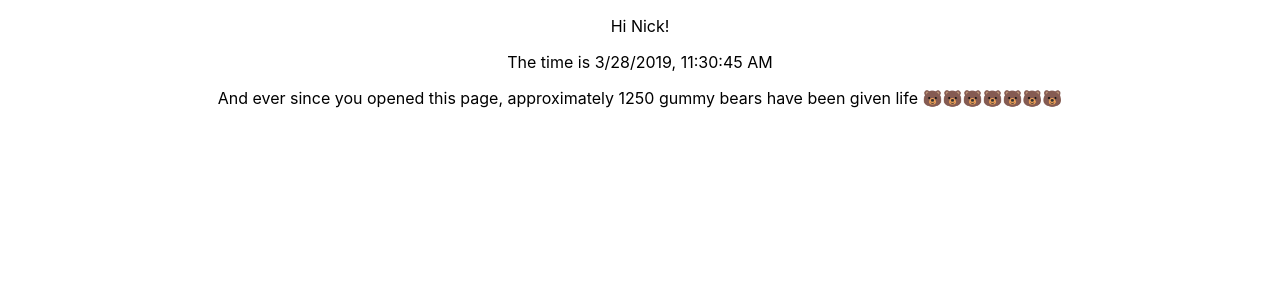
Repository: crispinonicky/gummy-facts
Page: /
The author's editor kept a copy of each file at every save. The page is drawn from the files as they stood at one save, then again after the next save.
The browser window is 1280 px wide. The pictures show the whole page.
The project was rebuilt for these pictures with package versions that can differ from the ones it lists, and the page was loaded fresh each time.

Above is the page before, as saved 2019-03-28 13:55:31.

After the next save:
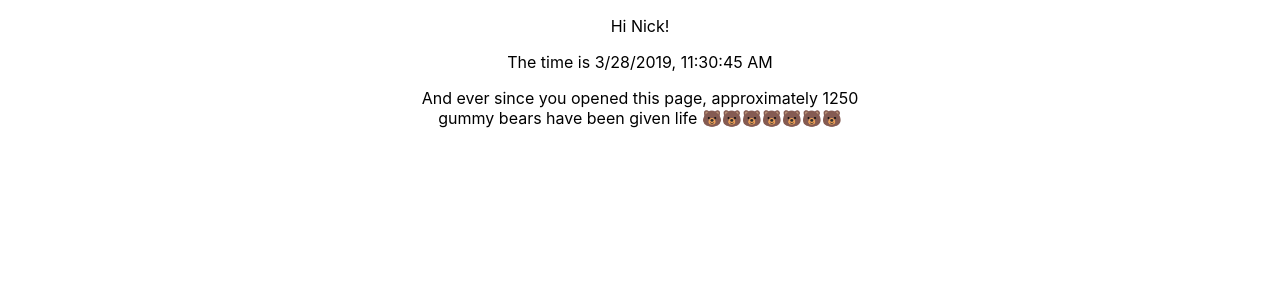
Saved 30 s later.
--- a/src/components/Gummies.js
+++ b/src/components/Gummies.js
@@ -125,8 +125,9 @@ class Gummies extends React.Component {
     return (
       <div>
         <p>
-        And ever since you opened this page, approximately {this.state.seconds} gummy bears
-        have been given life 🐻🐻🐻🐻🐻🐻🐻
+        And ever since you opened this page, approximately {this.state.seconds}
+        <br/>
+        gummy bears have been given life 🐻🐻🐻🐻🐻🐻🐻
         </p>
       </div>
     );
